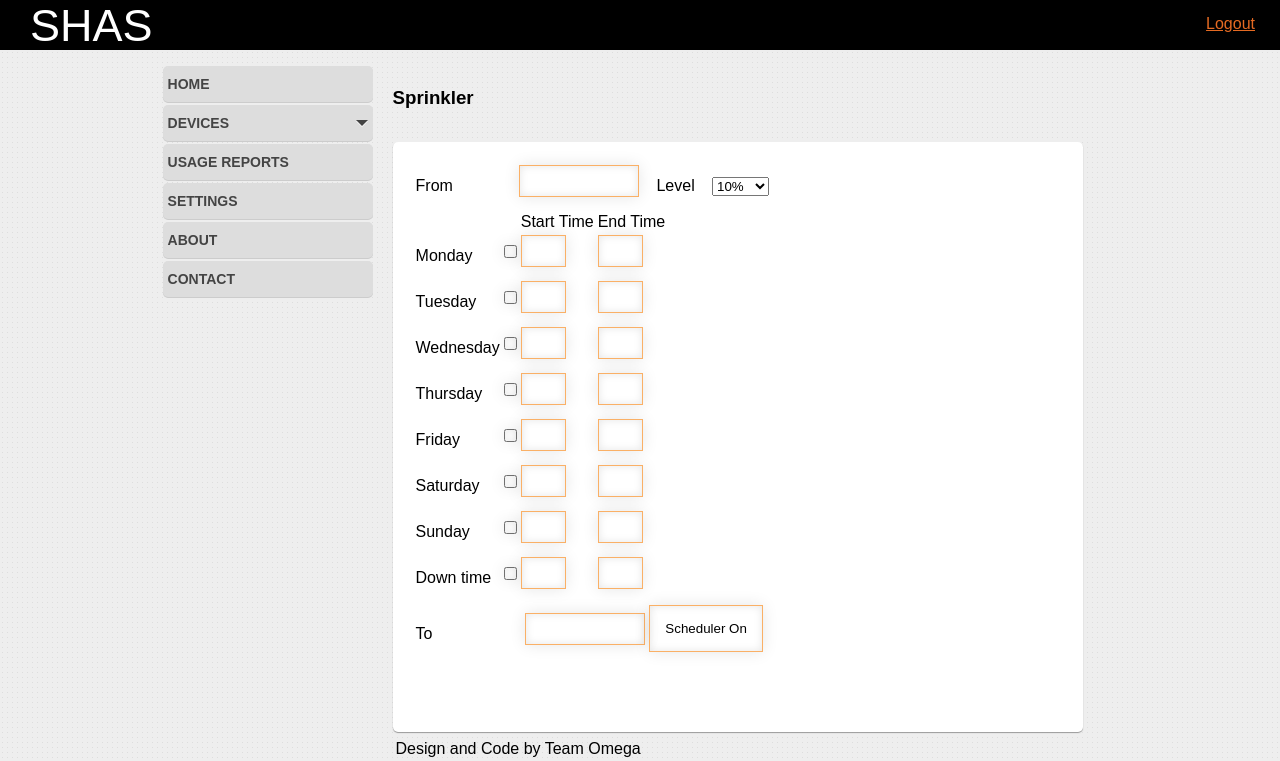
Repository: hassan-stash/shas
Page: http://localhost/SHAS/SprinklerGUI.jsp
The author's editor kept a copy of each file at every save. The page is drawn from the files as they stood at one save, then again after the next save.
The browser window is 1280 px wide. The pictures show the whole page.
Some web fonts or font styles are not loaded; a fallback is used. The page is served by Tomcat 9. Other server files are loaded and not shown. The template is opened directly, without the code that normally fills it, so the values that code supplies are empty.

Above is the page before, as saved 2013-04-06 23:57:02.
Console error: TypeError: Cannot read properties of undefined (reading 'timepicker')

### SHAS/WebContent/SprinklerGUI.jsp
<%@ page contentType="text/html; charset=iso-8859-1" language="java"%>
<html>
<head>
<title>Successfully Login by JSP</title>
<link href='http://fonts.googleapis.com/css?family=Wendy+One'
	rel='stylesheet' type='text/css'>
<script src="http://code.jquery.com/jquery-latest.min.js"></script>
<script type="text/javascript" src="js/timepicker.js"></script>
<script type="text/javascript">


</script>
<script type="text/javascript">
	function initMenu() {
		$('#menu ul').hide(); // Hide the submenu
		if ($('#menu li').has('ul'))
			$('#menu ul').prev().addClass('expandable'); // Expand/collapse a submenu when it exists
		$('.expandable').click(function() {
			$(this).next().slideToggle();
			$(this).toggleClass('expanded');
		});
	}

	// When document ready, call initMenu() function
	$(document).ready(function() {
		initMenu();
	});

	// When document ready, call initMenu() function
	$(document).ready(function() {
		initMenu();
	});
	$(document).ready(function() {
		$(function() {
			$('#selectedDateTime').datetimepicker();
		});
		$(function() {
			$('#fromDate').datetimepicker({
				dateFormat : 'yy-mm-dd'

			});
		});
		$(function() {
			$('#toDate').datetimepicker({
				dateFormat : 'yy-mm-dd'

			});
		});

		$(function() {
			$('#MonFromtime').datetimepicker({
				timeOnly : true

			});
		});
		$(function() {
			$('#MonTotime').datetimepicker({
				timeOnly : true

			});
		});
		$(function() {
			$('#TueFromtime').datetimepicker({
				timeOnly : true

			});
		});
		$(function() {
			$('#TueTotime').datetimepicker({
				timeOnly : true

			});
		});
		$(function() {
			$('#WedFromtime').datetimepicker({
				timeOnly : true

			});
		});
		$(function() {
			$('#WedTotime').datetimepicker({
				timeOnly : true

			});
		});
		$(function() {
			$('#ThuFromtime').datetimepicker({
				timeOnly : true

			});
		});
		$(function() {
			$('#ThuTotime').datetimepicker({
				timeOnly : true

			});
		});
		$(function() {
			$('#FriFromtime').datetimepicker({
				timeOnly : true

			});
		});
		$(function() {
			$('#FriTotime').datetimepicker({
				timeOnly : true

			});
		});
		$(function() {
			$('#SatFromtime').datetimepicker({
				timeOnly : true

			});
		});
		$(function() {
			$('#SatTotime').datetimepicker({
				timeOnly : true

			});
		});
		$(function() {
			$('#SunFromtime').datetimepicker({
				timeOnly : true

			});
		});
		$(function() {
			$('#SunTotime').datetimepicker({
				timeOnly : true

			});
		});
		$(function() {
			$('#DownFromtime').datetimepicker({
				timeOnly : true

			});
		});
		$(function() {
			$('#DownTotime').datetimepicker({
				timeOnly : true

			});
		});



		$(function() {
			$('#fromTime').datetimepicker({
				timeOnly : true

			});
		});
		$(function() {
			$('#toTime').datetimepicker({
				timeOnly : true

			});
		});

		$(function() {
			$('#overridefromDate').datetimepicker({
				dateFormat : 'yy-mm-dd'

			});
		});
		$(function() {
			$('#overrideToDate').datetimepicker({
				dateFormat : 'yy-mm-dd'

			});
		});
		$(function() {
			$('#shutFromDate').datetimepicker({
				dateFormat : 'yy-mm-dd'

			});
		});
		$(function() {
			$('#shutToDate').datetimepicker({
				dateFormat : 'yy-mm-dd'

			});
		});

	});

	function clickschedule() {
		document.sprinklerform.btnSchedule.value = "Sprinkler Off";
		//sprinklerform.submit();
	}
</script>
<style type="text/css">
input {
	border: 1px solid #FAB066;
	-webkit-box-shadow: inset 0 0 8px rgba(0, 0, 0, 0.1), 0 0 16px
		rgba(0, 0, 0, 0.1);
	-moz-box-shadow: inset 0 0 8px rgba(0, 0, 0, 0.1), 0 0 16px
		rgba(0, 0, 0, 0.1);
	box-shadow: inset 0 0 8px rgba(0, 0, 0, 0.1), 0 0 16px
		rgba(0, 0, 0, 0.1);
	padding: 15px;
	background: rgba(255, 255, 255, 0.5);
	margin: 0 0 10px 0;
}
body {
	background: #eee
		url(data:[embedded picture, 218 characters]);
	font-family: Arial, Helvetica, sans-serif;
	font-size: 16px;
	margin: 0;
	padding: 0;
}

#header {
	background: none repeat scroll 0 0 #000000;
	height: 50px;
	width: 100%;
	top: 15px;
}

#topmenu ul {
	float: left;
	top: 15px;
	padding: 0;
	text-align: center;
	width: auto;
}

ul {
	list-style: none outside none;
}

#topmenu li {
	list-style-type: none;
	padding-left: 38px;
	padding-right: 38px;
	display: inline;
	height: 22px;
	text-align: center;
	width: auto;
}

#logout {
	float: right;
	position: relative;
	top: 15px;
	padding-right: 25px;
}

a {
	color: #E56A22;
}

#topmenu {
	display: block;
	float: left;
	position: relative;
	color: white;
	height: 30px;
	width: 800px;
	left: 50px;
}

#welcomeName {
	color: white;
	float: right;
	position: relative;
	top: 15px;
	right: 30px;
	padding-right: 2px;
}

aside {
	float: left;
	margin-right: 20px;
	width: 250px;
	display: block;
}

nav {
	display: block;
}

/* Vertical menu */
#menu {
	display: block;
}

#menu ul {
	position: relative;
	padding: 0;
}

#menu li {
	margin: 0 0 3px 0;
}

#menu a {
	display: block;
	*display: inline-block;
	*width: 240px;
	text-decoration: none;
	background: #ddd;
	color: #444;
	padding: 10px 5px;
	text-transform: uppercase;
	font: bold 14px Arial, Helvetica, sans-serif;
	-moz-border-radius: 5px;
	-webkit-border-radius: 5px;
	border-radius: 5px;
	-moz-box-shadow: 0 1px 0 #ccc;
	-webkit-box-shadow: 0 1px 0 #ccc;
	box-shadow: 0 1px 0 #ccc;
}

#menu a:hover {
	color: #eee;
	background: #9c9c9c;
	background: -webkit-gradient(linear, left top, left bottom, from(#bbb),
		to(#999) );
	background: -webkit-linear-gradient(top, #bbb, #999);
	background: -moz-linear-gradient(top, #bbb, #999);
	background: -ms-linear-gradient(top, #bbb, #999);
	background: -o-linear-gradient(top, #bbb, #999);
	background: linear-gradient(top, #bbb, #999);
}

#menu .expandable {
	position: relative;
}

#menu .expandable:before,#menu .expandable:after {
	content: '';
	position: absolute;
	right: 5px;
	margin-top: 5px;
	border-top: 6px solid #444;
	border-right: 6px solid transparent;
	border-left: 6px solid transparent;
}

#menu .expandable:before {
	border-top-color: #fff;
	margin-top: 6px;
}

#menu .expanded:after {
	border-top: 0;
	border-bottom: 6px solid #444;
}

#menu .expanded:before {
	border-top: 0;
	border-bottom: 6px solid #fff;
}

#menu ul a {
	background: #f2f2f2;
	text-transform: none;
	font-weight: normal;
}

#menu ul a:hover {
	background: #fafafa;
	color: #444;
}

#logo {
	color: #ffffff;
	font-family: 'Wendy One', sans-serif;
	font-size: 45px;
	position: relative;
	left: 30px;
	float: left;
}

footer {
	position: relative;
	text-align: right;
	width: 800px;
	background-color: white;
	display: block;
	top: 559px;
	height: 20px;
	font-size: 14px;
}

section {
	position: relative;
	display: block;
	top: 15px;
	left: 18px;
}

#content {
	float: left;
	width: 800px;
}
#main {
    width: 900px;
    margin: 0 auto;
}
#statusdiv    {
    width: 350px;
    height: 400px;
    float: left;
}

#leveldiv  {
    width: 350px;
    height: 400px;
    float: right;

}

article {
	position: relative;
	padding: 20px;
	top: 15px;
	margin: 0 0 20px 0;
	text-align: left;
	background: #fff;
	-moz-box-shadow: 0 1px 1px #999;
	-webkit-box-shadow: 0 1px 1px #999;
	box-shadow: 0 1px 1px #999;
	-moz-border-radius: 5px;
	-webkit-border-radius: 5px;
	border-radius: 5px;
	height: 550px;
	width: 650px
}

articletime {
	position: relative;
	padding: 20px;
	top: 15px;
	margin: 0 0 20px 0;
	text-align: left;
	background: #fff;
	-moz-box-shadow: 0 1px 1px #999;
	-webkit-box-shadow: 0 1px 1px #999;
	box-shadow: 0 1px 1px #999;
	-moz-border-radius: 5px;
	-webkit-border-radius: 5px;
	border-radius: 5px;
	height: 600px;
	width: 650px
}

button {
	height: 40px;
	width: 70px;
	background-color: #DDDDDD;
	border: 1px solid #BBBBBB;
	border-radius: 3px 3px 3px 3px;
	box-shadow: 0 1px 0 rgba(0, 0, 0, 0.3), 0 2px 2px -1px
		rgba(0, 0, 0, 0.5), 0 1px 0 rgba(255, 255, 255, 0.3) inset;
	color: #555555;
	cursor: pointer;
	font: bold 13px arial, helvetica, sans-serif;
	text-shadow: 0 1px 0 rgba(255, 255, 255, 0.9);
	position: relative;
	margin-left: 30px;
	padding: 2px;
}

.dateinput{
	border: 1px solid #FAB066;
	-webkit-box-shadow: inset 0 0 8px rgba(0, 0, 0, 0.1), 0 0 16px
		rgba(0, 0, 0, 0.1);
	-moz-box-shadow: inset 0 0 8px rgba(0, 0, 0, 0.1), 0 0 16px
		rgba(0, 0, 0, 0.1);
	box-shadow: inset 0 0 8px rgba(0, 0, 0, 0.1), 0 0 16px
		rgba(0, 0, 0, 0.1);
	padding: 15px;
	background: rgba(255, 255, 255, 0.5);
	margin: 0 0 10px 0;
	height: 10px;
	width: 120px
}

.timeinput{
	border: 1px solid #FAB066;
	-webkit-box-shadow: inset 0 0 8px rgba(0, 0, 0, 0.1), 0 0 16px
		rgba(0, 0, 0, 0.1);
	-moz-box-shadow: inset 0 0 8px rgba(0, 0, 0, 0.1), 0 0 16px
		rgba(0, 0, 0, 0.1);
	box-shadow: inset 0 0 8px rgba(0, 0, 0, 0.1), 0 0 16px
		rgba(0, 0, 0, 0.1);
	padding: 15px;
	background: rgba(255, 255, 255, 0.5);
	margin: 0 0 10px 0;
	height: 5px;
	width: 45px
}

button:hover {
	background-color: #EEEEEE;
	color: #555555;
}

#sprinkbtn {
	left: 65px;
	background-color: lightgreen;
}

#thermobtn {
	left: 49px;
	background-color: ff3300;
}

#lightbtn {
	left: 72px;
	background-color: ff3300;
}

.status {
	position: relative;
	margin-left: 15px;
	text-align: left;
	padding: 5px;
}

#devstatustab {
	position: relative;
	background: #4c4c4c; /* Old browsers */
	background: -moz-linear-gradient(top, #4c4c4c 12%, #111111 51%, #2b2b2b 76%, #1c1c1c
		91%, #131313 100%); /* FF3.6+ */
	background: -webkit-gradient(linear, left top, left bottom, color-stop(12%, #4c4c4c),
		color-stop(51%, #111111), color-stop(76%, #2b2b2b),
		color-stop(91%, #1c1c1c), color-stop(100%, #131313) );
	/* Chrome,Safari4+ */
	background: -webkit-linear-gradient(top, #4c4c4c 12%, #111111 51%, #2b2b2b 76%,
		#1c1c1c 91%, #131313 100%); /* Chrome10+,Safari5.1+ */
	background: -o-linear-gradient(top, #4c4c4c 12%, #111111 51%, #2b2b2b 76%, #1c1c1c
		91%, #131313 100%); /* Opera 11.10+ */
	background: -ms-linear-gradient(top, #4c4c4c 12%, #111111 51%, #2b2b2b 76%, #1c1c1c
		91%, #131313 100%); /* IE10+ */
	background: linear-gradient(to bottom, #4c4c4c 12%, #111111 51%, #2b2b2b 76%,
		#1c1c1c 91%, #131313 100%); /* W3C */
	filter: progid : DXImageTransform.Microsoft.gradient (   startColorstr =
		'#4c4c4c', endColorstr = '#131313', GradientType = 0 ); /* IE6-9 */
	width: 100%;
	height: 20px;
	color: white;
	text-align: center;
}
</style>

</head>
<body>

<div id="header">
<div id="logo">SHAS</div>
<div id="logout"><a href="LogoutPage.jsp">Logout</a></div>
<!-- end of logout div -->
<div id="welcomeName">
<%

%>
</div>
<!-- end of welcomeName --></div>
<!-- end of header -->
<aside>
<nav>
<ul id="menu">
	<li><a href="#">Home</a></li>
	<li><a href="#" class="expandable">Devices</a>
	<ul style="display: none;">
		<li><a href="SprinklerGUI.jsp">Sprinkler</a></li>
		<li><a href="#">Thermostat</a></li>
		<li><a href="light.jsp">Lighting</a></li>
	</ul>
	</li>
	<li><a href="#">Usage Reports</a></li>
	<li><a href="#">Settings</a></li>
	<li><a href="#">About</a></li>
	<li><a href="#">Contact</a></li>
</ul>
</nav>
</aside>


<div id="content">

<form name="sprinklerform" action="SprinklerServlet" method="post"><br>

<%
	System.out.println("in scripletttttttttttttttttt");
	String btnScheduleValue;
	String btnOverScheduleValue;
	boolean ten = false;
	boolean twenty = false;
	boolean thirty = false;
	boolean forty = false;
	boolean fifty = false;
	boolean sixty = false;
	boolean seventy = false;
	boolean eighty = false;
	boolean ninety = false;
	boolean hundred = false;

	boolean monday = false;
	boolean tuesday = false;
	boolean wednesday =false;
	boolean thursday = false;
	boolean friday =false;
	boolean saturday =false;
	boolean sunday =false;
	boolean downtime =false;



	String Value;
	System.out.println("in scriplet");

	if (request.getAttribute("schedulerstatus") == null) {
		btnScheduleValue = "Scheduler On";

	} else {

		btnScheduleValue = (String) request
				.getAttribute("schedulerstatus");

	}





	String selectedFromdate = (String) request
			.getAttribute("cfromDate");
	String selectedTodate = (String) request.getAttribute("ctoDate");

	String oselectedFromdate = (String) request
			.getAttribute("ofromDate");
	String oselectedTodate = (String) request.getAttribute("otoDate");

	if (selectedFromdate == null) {
		selectedFromdate = "";
	}
	if (selectedTodate == null) {
		selectedTodate = "";
	}

	//-------------days set -------------------//
	String MonFromtime = (String) request
	.getAttribute("cMonFrom");
	String MonTotime = (String) request
	.getAttribute("cMonTo");
	if (MonFromtime == null)
	{
		MonFromtime = "";
	}
	if(MonTotime == null)
	{
		MonTotime ="";
	}

	String TueFromtime= (String) request
	.getAttribute("cTueFrom");
	String TueTotime= (String) request
	.getAttribute("cTueTo");
	if (TueFromtime == null)
	{
		TueFromtime = "";
	}
	if(TueTotime == null)
	{
		TueTotime ="";
	}

	String WedFromtime= (String) request
	.getAttribute("cWedFrom");
	String WedTotime= (String) request
	.getAttribute("cWedTo");
	if (WedFromtime == null)
	{
		WedFromtime = "";
	}
	if(WedTotime == null)
	{
		WedTotime ="";
	}

	String ThuFromtime= (String) request
	.getAttribute("cThuFrom");
	String ThuTotime= (String) request
	.getAttribute("cThuTo");
	if (ThuFromtime == null)
	{
		ThuFromtime = "";
	}
	if(ThuTotime == null)
	{
		ThuTotime ="";
	}

	String FriFromtime= (String) request
	.getAttribute("cFriFrom");
	String FriTotime= (String) request
	.getAttribute("cFriTo");
	if (FriFromtime == null)
	{
		FriFromtime = "";
	}
	if(FriTotime == null)
	{
		FriTotime ="";
	}

	String SatFromtime= (String) request
	.getAttribute("cSatFrom");
	String SatTotime= (String) request
	.getAttribute("cSatTo");
	if (SatFromtime == null)
	{
		SatFromtime = "";
	}
	if(SatTotime == null)
	{
		SatTotime ="";
	}


	String SunFromtime= (String) request
	.getAttribute("cSunFrom");
	String SunTotime= (String) request
	.getAttribute("cSunTo");
	if (SunFromtime == null)
	{
		SunFromtime = "";
	}
	if(SunTotime == null)
	{
		SunTotime ="";
	}


	String DownFromtime= (String) request
	.getAttribute("cDwnFrom");
	String DownTotime= (String) request
	.getAttribute("cDwnTo");
	if (DownFromtime == null)
	{
		DownFromtime = "";
	}
	if(DownTotime == null)
	{
		DownTotime ="";
	}

	//-----------------------------------------//


	//------------ for setting field values ----------------------------//
	System.out.println("beforen switch");

	String electedlevel = (String) request.getAttribute("clevel");
	if (electedlevel == null)
		electedlevel = "10";
	switch (Integer.parseInt(electedlevel)) {
	case 10:
		ten = true;
		break;
	case 20:
		twenty = true;
		break;
	case 30:
		thirty = true;
		break;
	case 40:
		forty = true;
		break;
	case 50:
		fifty = true;
		break;
	case 60:
		sixty = true;
		break;
	case 70:
		seventy = true;
		break;
	case 80:
		eighty = true;
		break;
	case 90:
		ninety = true;
		break;
	case 100:
		hundred = true;
		System.out.println("in hindred");
		break;
	default:
		ten = true;
		break;
	}


		//-------------required field check -------------------------------//
	String strMessage = "";
	if (request.getAttribute("ssReqFieldDefault") != null) {
		strMessage = request.getAttribute("ssReqFieldDefault")
				.toString();

	} else {
		strMessage = "";
	}

	System.out.println("outn switch");
%>

<div>

<h3>Sprinkler</h3>

<span type="text" id="lblMessage" name="lblMessage" class="color-red"><%=strMessage%></span>

</div>

<div>

<article>

<table border="0">
	<tr>
		<td>From &nbsp;&nbsp;&nbsp;&nbsp;&nbsp;&nbsp;&nbsp;&nbsp;&nbsp;&nbsp;&nbsp;&nbsp;&nbsp;</td>
		<td><input type="text" id="fromDate" name="fromDate"
			value="<%=selectedFromdate%>" class="dateinput" /></td>
			<td>&nbsp;&nbsp;&nbsp;Level&nbsp;&nbsp;&nbsp;</td>
		<td><select name="level">
			<option value="10" <%if (ten == true) {%> selected="selected" <%}%>>10%</option>
			<option value="20" <%if (twenty == true) {%> selected="selected"
				<%}%>>20%</option>
			<option value="30" <%if (thirty == true) {%> selected="selected"
				<%}%>>30%</option>
			<option value="40" <%if (forty == true) {%> selected="selected" <%}%>>40%</option>
			<option value="50" <%if (fifty == true) {%> selected="selected" <%}%>>50%</option>
			<option value="60" <%if (sixty == true) {%> selected="selected" <%}%>>60%</option>
			<option value="70" <%if (seventy == true) {%> selected="selected"
				<%}%>>70%</option>
			<option value="80" <%if (eighty == true) {%> selected="selected"
				<%}%>>80%</option>
			<option value="90" <%if (ninety == true) {%> selected="selected"
				<%}%>>90%</option>
			<option value="100" <%if (hundred == true) {%> selected="selected"
				<%}%>>100%</option>
		</select></td>

	</tr>
</table>

<table border="0">
	<tr>
		<td></td>
		<td>
		</td>
		<td>Start Time
		</td>
		<td>End Time </td>
	</tr>
	<tr>
		<td >Monday</td>
		<td ><input type="checkbox" name="chkMon" id="chkMon" <%if (monday == true) {%> checked="checked" <%}%> ></td>
		<td valign="top"><input type="text" id="MonFromtime" name="MonFromtime" class="timeinput"
			value="<%=MonFromtime%>" /></td>

		<td valign="top"><input type="text" id="MonTotime" name="MonTotime" class="timeinput"
			value="<%=MonTotime%>" /></td>
	</tr>
	<tr>
		<td>Tuesday</td>
		<td><input type="checkbox" name="chkTue" name="chkTue" <%if (tuesday == true) {%> checked="checked" <%}%>></td>
		<td><input type="text" id="TueFromtime" name="TueFromtime" class="timeinput"
			value="<%=TueFromtime%>" /></td>

		<td><input type="text" id="TueTotime" name="TueTotime" class="timeinput"
			value="<%=TueTotime%>" /></td>
	</tr>
	<tr>
		<td>Wednesday</td>
		<td><input type="checkbox" name="chkWed" name="chkWed" <%if (wednesday == true) {%> checked="checked" <%}%>></td>
		<td><input type="text" id="WedFromtime" name="WedFromtime" class="timeinput"
			value="<%=WedFromtime%>" /></td>

		<td><input type="text" id="WedTotime" name="WedTotime" class="timeinput"
			value="<%=WedTotime%>" /></td>
	</tr>
		<tr>
		<td>Thursday</td>
		<td><input type="checkbox" name="chkThu" name="chkThu" <%if (thursday == true) {%> checked="checked" <%}%>></td>
		<td><input type="text" id="ThuFromtime" name="ThuFromtime" class="timeinput"
			value="<%=ThuFromtime%>" /></td>

		<td><input type="text" id="ThuTotime" name="ThuTotime" class="timeinput"
			value="<%=ThuTotime%>" /></td>
	</tr>
	<tr>
		<td>Friday</td>
		<td><input type="checkbox" name="chkFri" name="chkFri" <%if (friday == true) {%> checked="checked" <%}%>></td>
		<td><input type="text" id="FriFromtime" name="FriFromtime" class="timeinput"
			value="<%=FriFromtime%>" /></td>

		<td><input type="text" id="FriTotime" name="FriTotime" class="timeinput"
			value="<%=FriTotime%>" /></td>
	</tr>
	<tr>
		<td>Saturday</td>
		<td><input type="checkbox" name="chkSat" name="chkSat" <%if (saturday== true) {%> checked="checked" <%}%>></td>
		<td><input type="text" id="SatFromtime" name="SatFromtime" class="timeinput"
			value="<%=SatFromtime%>" /></td>

		<td><input type="text" id="SatTotime" name="SatTotime" class="timeinput"
			value="<%=SatTotime%>" /></td>
	</tr>
	<tr>
		<td>Sunday</td>
		<td><input type="checkbox" name="chkSun" name="chkSunday"
			<%if (sunday == true) {%> checked="checked" <%}%>></td>
		<td><input type="text" id="SunFromtime" name="SunFromtime" class="timeinput"
			value="<%=SunFromtime%>" /></td>
		<td><input type="text" id="SunTotime" name="SunTotime" class="timeinput"
			value="<%=SunTotime%>" /></td>
	</tr>
	<tr>

		<td>Down time</td>
		<td><input type="checkbox" name="chkDown" name="chkDown"
			<%if (downtime == true) {%> checked="checked" <%}%>></td>
		<td><input type="text" id="DownFromtime" name="DownFromtime" class="timeinput"
			value="<%=DownFromtime%>" /></td>

		<td><input type="text" id="DownTotime" name="DownTotime" class="timeinput"
			value="<%=DownTotime%>" /></td>

	</tr>


</table>
<table border="0">
	<tr>
		<td>To &nbsp;&nbsp;&nbsp;&nbsp;&nbsp;&nbsp;&nbsp;&nbsp;&nbsp;&nbsp;&nbsp;&nbsp;&nbsp;&nbsp;&nbsp;&nbsp;&nbsp;&nbsp;&nbsp;</td>
		<td><input type="text" id="fromDate" name="fromDate"
			value="<%=selectedTodate%>" class="dateinput" /></td>
			<td><input type="submit" id="btnSchedule" name="btnSchedule"
			value="<%=btnScheduleValue%>" class="buttonorange " /></td>

	</tr>

</table>


</article>

</div>

</form>

<table width="100%" border= "0">
<tr><td><span type="text" id="lblMessage" name="lblMessage" class="color-red">Design and Code by Team Omega</span></td> </tr>


</table>

</body>
</html>

Loaded but not shown: SHAS/WebContent/js/timepicker.js (1919 lines, source omitted)

After the next save:
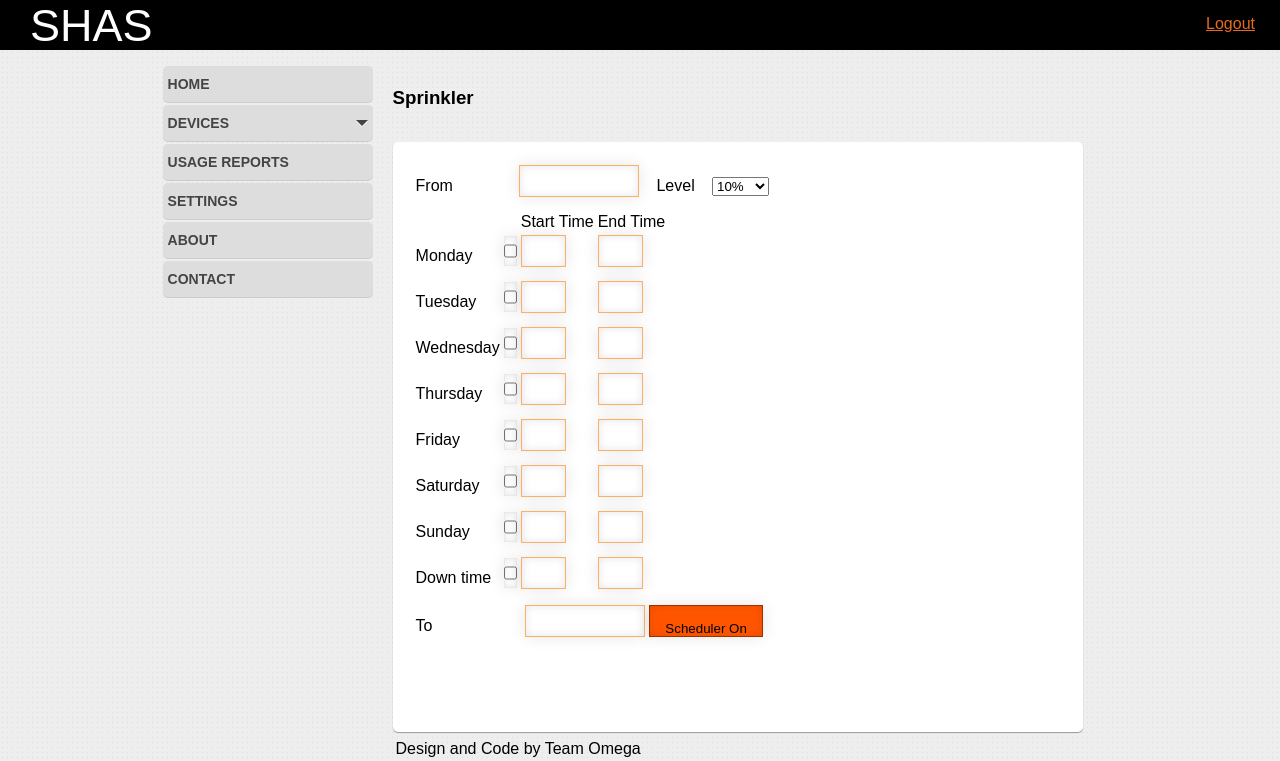
Saved 42 s later.
--- a/SHAS/WebContent/SprinklerGUI.jsp
+++ b/SHAS/WebContent/SprinklerGUI.jsp
@@ -494,6 +494,20 @@ button {
 	margin: 0 0 10px 0;
 	height: 5px;
 	width: 45px
+}
+input[type="submit"]  {
+    background: #f50;
+    border:1px solid #930;
+    height: 30px
+
+
+}
+input[type="checkbox"]  {
+    background: #f50;
+    border:1px solid #930;
+    height: 30px
+
+
 }
 
 button:hover {
